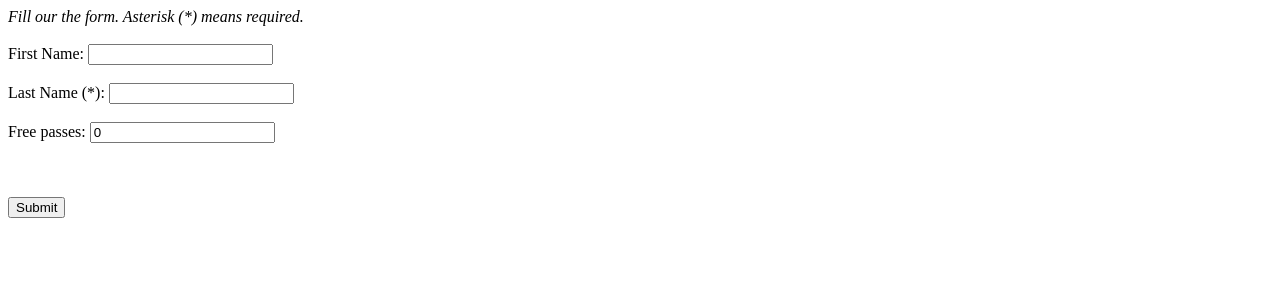
Repository: kaustubh0201/Springboot
Page: http://localhost/spring-demo-mvc/customer/showForm
An editor plug-in stored every save of this project. The page is shown before and after the next save, followed by the edit.
The browser window is 1280 px wide. The pictures show the whole page.
The page is served by Tomcat 9.

Above is the page before, as saved 2022-10-05 17:34:38.

After the next save:
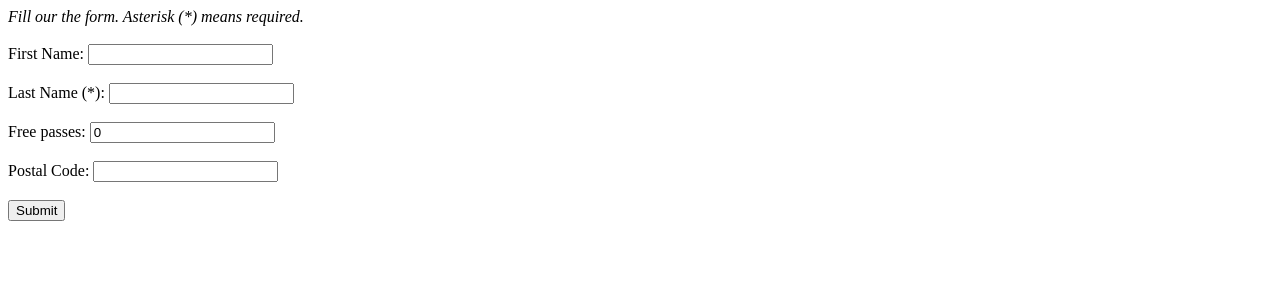
Saved 25 s later.
--- a/spring-demo-mvc/WebContent/WEB-INF/view/customer-form.jsp
+++ b/spring-demo-mvc/WebContent/WEB-INF/view/customer-form.jsp
@@ -36,7 +36,8 @@
 
 			<br><br>
 
-
+			Postal Code: <form:input path = "postalCode" />
+			<form:errors path = "postalCode" cssClass = "error" />
 
 			<br><br>
 
